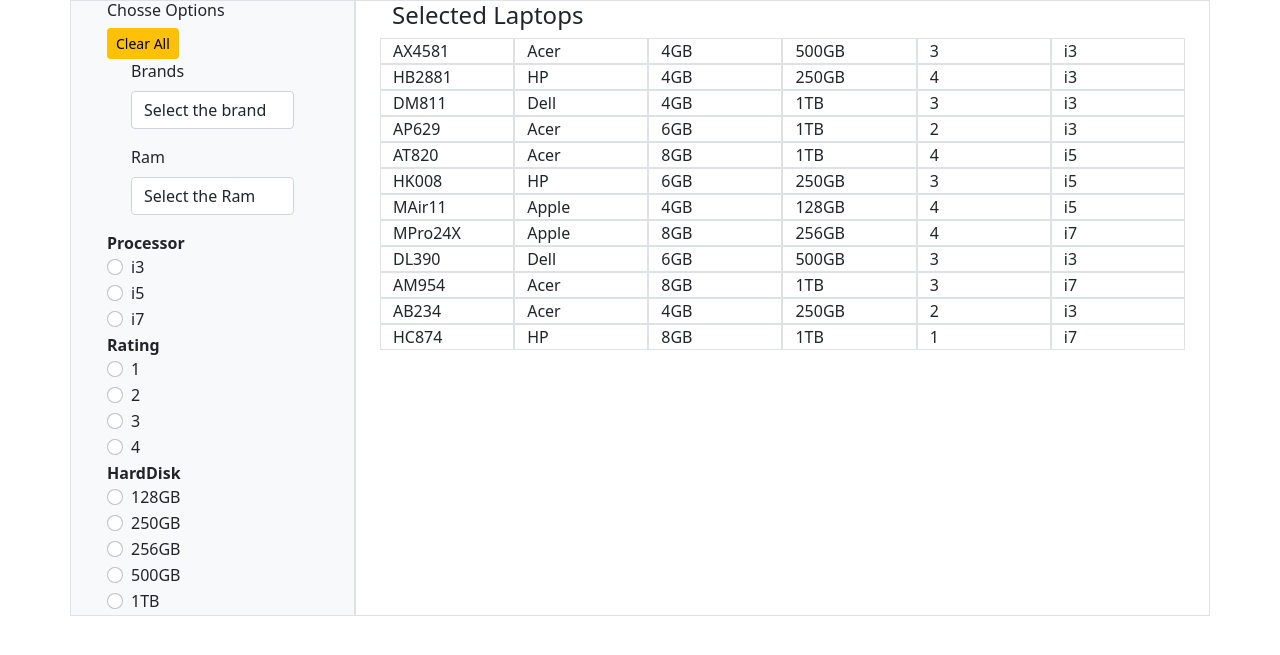
Repository: Sanjayjangra88/combo_app
Page: /
These files come from the project's save history. The page is drawn as it stood at one moment and after the next save; the edit follows.
The browser window is 1280 px wide. The pictures show the whole page.
Some web libraries are served in a nearby version. The project was rebuilt for these pictures with package versions that can differ from the ones it lists, and the page was loaded fresh each time. Also part of the build but not shown: src/App.js.

Above is the page before, as saved 2022-06-03 16:25:53.

After the next save:
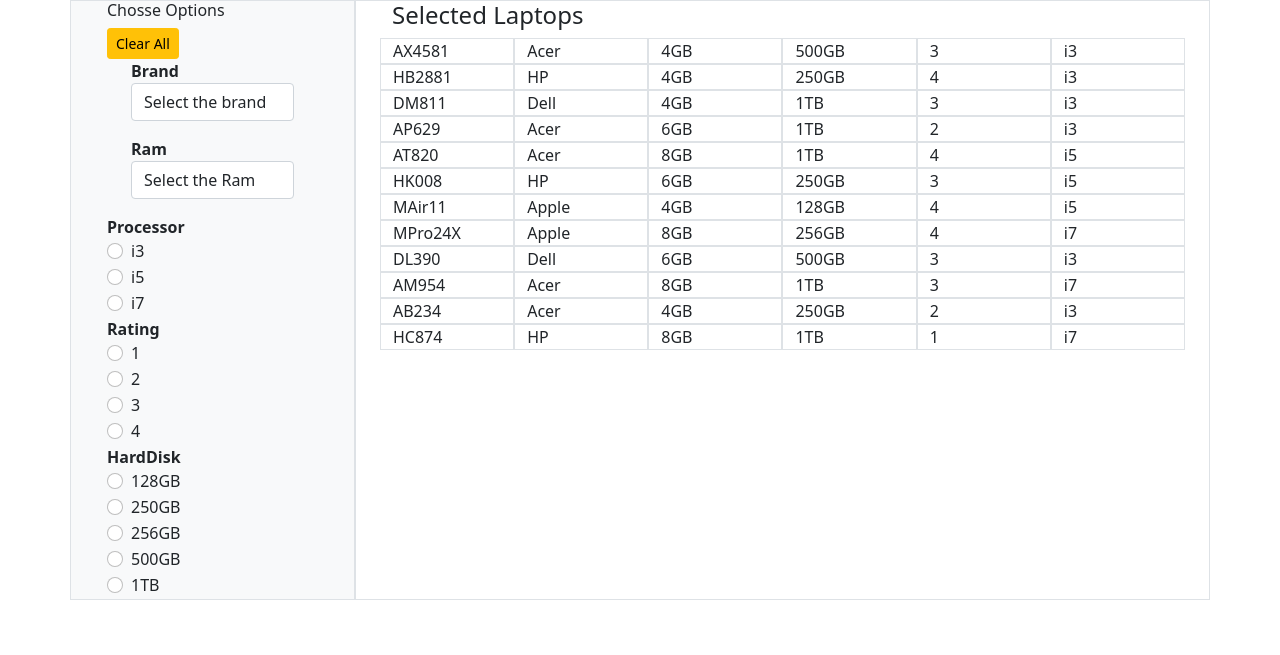
Saved 2 min 29 s later.
--- a/src/Components/leftPanel.jsx
+++ b/src/Components/leftPanel.jsx
@@ -13,7 +13,7 @@ export class leftPanel extends Component {
           <button className="btn btn-warning btn-sm" onClick={remove}>Clear All</button><br/>
           <div className="container">
          <div className="form-group">
-         <label>Brands</label>
+         <label className='form-check-label font-weight-bold'>Brand</label>
          <select className="form-control"name="brand"id="brand"value={brand}onChange={this.handelChange}>
         <option disabled value="">Select the brand</option>
         {optionArry.brand.map((ele)=><option>{ele}</option>)}
@@ -94,7 +94,7 @@ export class leftPanel extends Component {
           <React.Fragment>
           <div className="container">
          <div className="form-group">
-         <label>{label}</label>
+         <label className='form-check-label font-weight-bold'>{label}</label>
          <select className="form-control"name={name}value={ram}onChange={this.handelChange}>
         <option disabled value="">Select the Ram</option>
         {arr.map((ele)=><option>{ele}</option>)}
